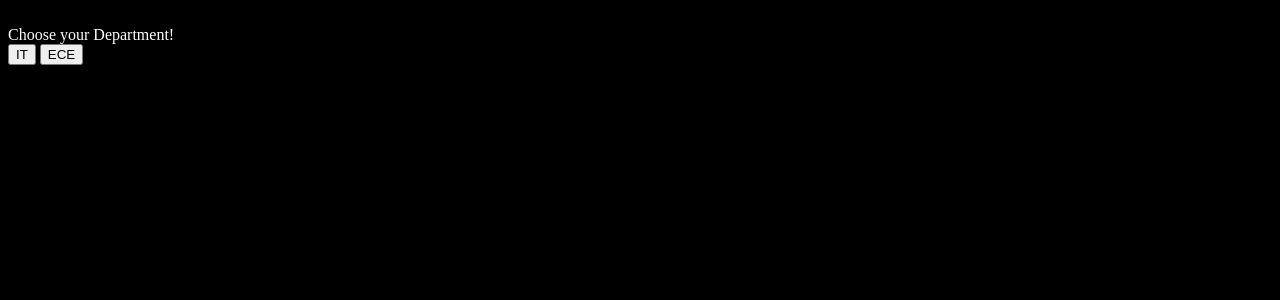
Repository: vigineshs/Mobile-Applications
Page: AnnaUniv GPA Calc/AnnaUniv GPA Calculator w/assets/www/home.html
The author's editor kept a copy of each file at every save. The page is drawn from the files as they stood at one save, then again after the next save.
The browser window is 1280 px wide. The pictures show the whole page.

Above is the page before, as saved 2012-05-05 04:16:20.

### AnnaUniv GPA Calc/AnnaUniv GPA Calculator w/assets/www/home.html
<!DOCTYPE HTML>
<html>
<head>
<title>PhoneGap</title>
<script type="text/javascript" charset="utf-8" src="/AnnaUniv GPA Calculator/assets/www/cordova-1.7.0.js"></script>

</head>
<body style="background-color:black; color:white" >
<br /> Choose your Department! <br />
<a href="it.html"><input type="button" value="IT" /></a>
<a href="ece.html"><input type="button" value="ECE" /></a>
</body>
</html>

Loaded but not shown: AnnaUniv GPA Calc/AnnaUniv GPA Calculator w/assets/www/cordova-1.7.0.js (library)

After the next save:
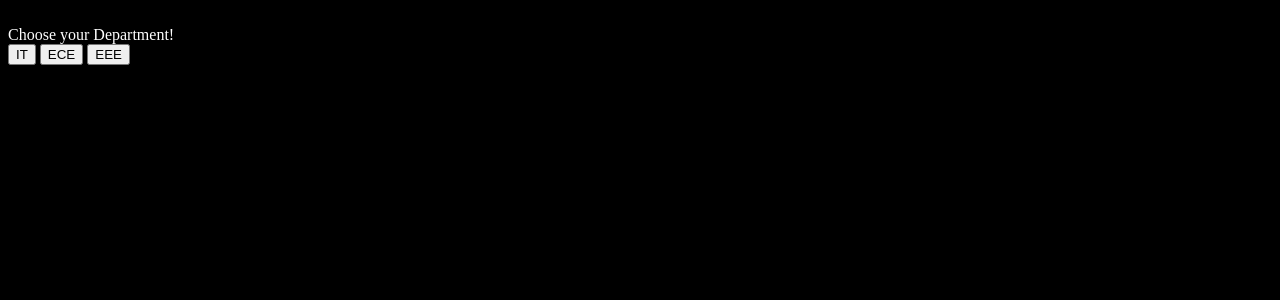
Saved 35 s later.
--- a/AnnaUniv GPA Calc/AnnaUniv GPA Calculator w/assets/www/home.html
+++ b/AnnaUniv GPA Calc/AnnaUniv GPA Calculator w/assets/www/home.html
@@ -9,5 +9,6 @@
 <br /> Choose your Department! <br />
 <a href="it.html"><input type="button" value="IT" /></a>
 <a href="ece.html"><input type="button" value="ECE" /></a>
+<a href="eee.html"><input type="button" value="EEE" /></a>
 </body>
 </html>
